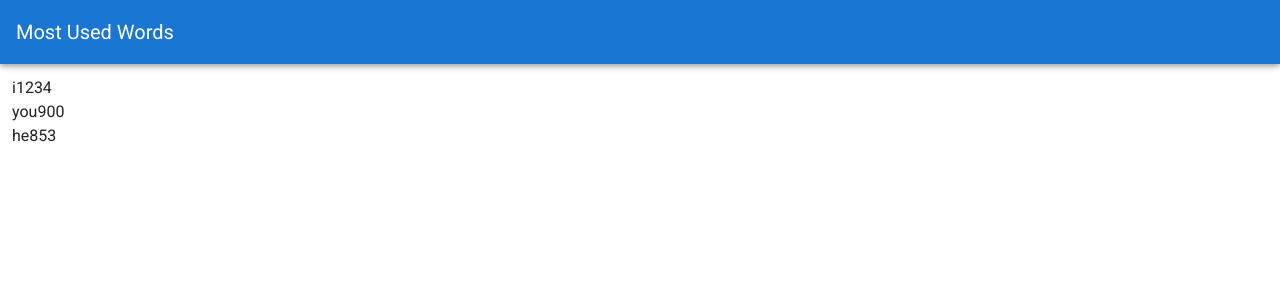
Repository: WillianPer/MOST-USED-WORDS
Page: /
An editor plug-in stored every save of this project. The page is shown before and after the next save, followed by the edit.
The browser window is 1280 px wide. The pictures show the whole page.
The project was rebuilt for these pictures with package versions that can differ from the ones it lists, and the page was loaded fresh each time. Also part of the build but not shown: vue.config.js.

Above is the page before, as saved 2022-09-04 20:46:39.

After the next save:
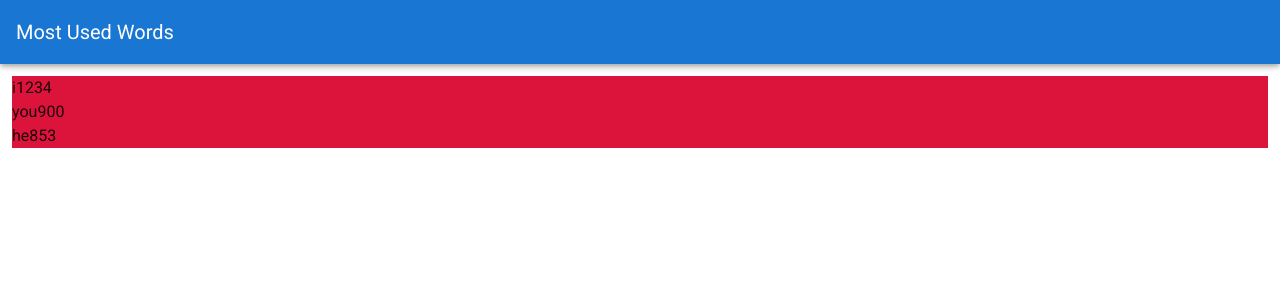
Saved 24 h 54 min later.
--- a/src/components/PillVue.vue
+++ b/src/components/PillVue.vue
@@ -1,5 +1,5 @@
 <template>
-  <div>
+  <div class="pill">
     <span>{{ name }}</span>
     <span>{{ amount }}</span>
   </div>
@@ -11,6 +11,8 @@ export default {
 }
 </script>
 
-<style>
-
+<style scoped>
+    .pill {
+        background-color: crimson;
+    }
 </style>

After the save that followed:
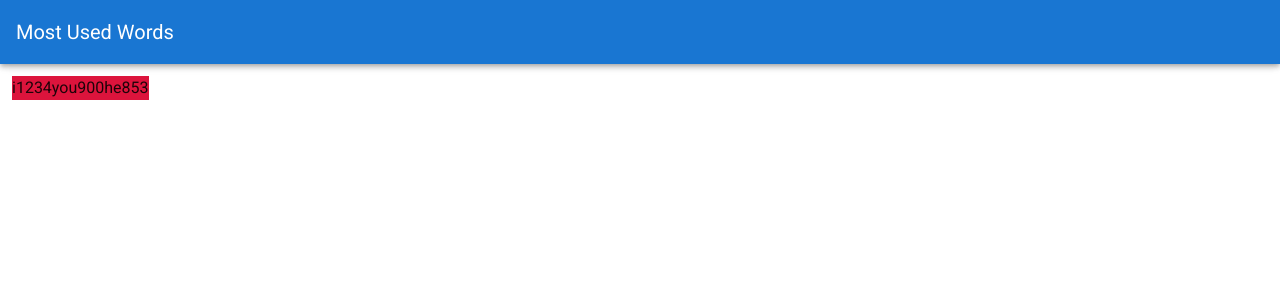
Saved 4 s later.
--- a/src/components/HomeVue.vue
+++ b/src/components/HomeVue.vue
@@ -25,5 +25,9 @@ export default {
 </script>
 
 <style>
+    .pills {
+        display: flex;
+        flex-wrap: wrap;
+    }
 
 </style>
